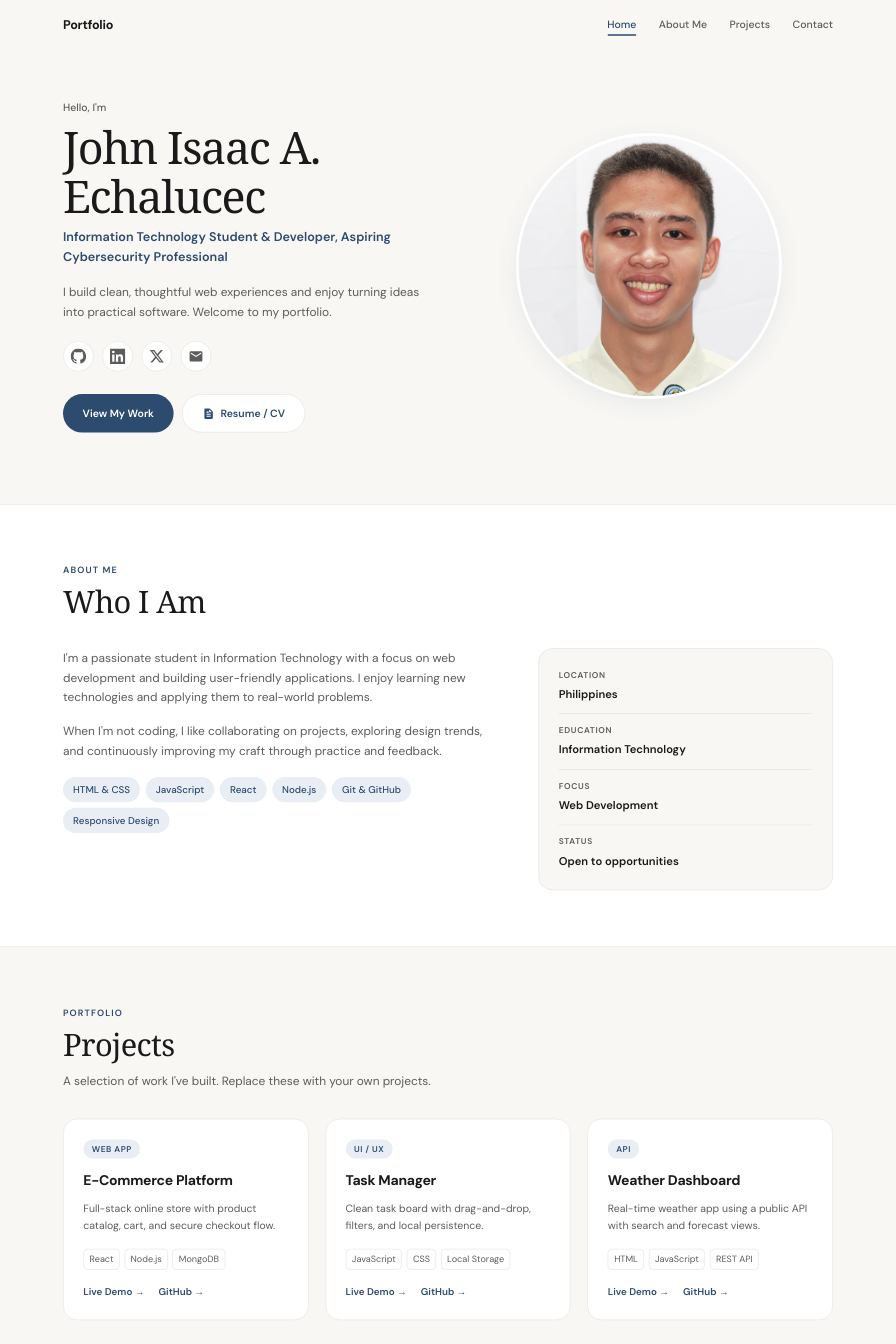
Repository: CodeJack0/Professional_Portfolio
Page: index.html
These files come from the project's save history. The page is drawn as it stood at one moment and after the next save; the edit follows.
The browser window is 1280 px wide. The pictures show the part of the page from y = 0 to 1920 px (the page is 2997 px tall), at 70% of full size.
Some web fonts or font styles are not loaded; a fallback is used.

Above is the page before, as saved 2026-05-29 22:13:36.

### index.html
<!DOCTYPE html>
<html lang="en">
<head>
  <meta charset="UTF-8" />
  <meta name="viewport" content="width=device-width, initial-scale=1.0" />
  <meta name="description" content="Professional portfolio — developer, projects, and contact." />
  <title>Portfolio</title>
  <link rel="preconnect" href="https://fonts.googleapis.com" />
  <link rel="preconnect" href="https://fonts.gstatic.com" crossorigin />
  <link href="https://fonts.googleapis.com/css2?family=DM+Sans:ital,opsz,wght@0,9..40,400;0,9..40,500;0,9..40,600;0,9..40,700;1,9..40,400&family=Instrument+Serif:ital@0;1&display=swap" rel="stylesheet" />
  <link rel="stylesheet" href="css/styles.css" />
</head>
<body>
  <header class="site-header" id="top">
    <nav class="nav container" aria-label="Main navigation">
      <a href="#home" class="nav-logo">Portfolio</a>
      <button type="button" class="nav-toggle" aria-expanded="false" aria-controls="nav-menu" aria-label="Open menu">
        <span class="nav-toggle-bar"></span>
        <span class="nav-toggle-bar"></span>
        <span class="nav-toggle-bar"></span>
      </button>
      <ul class="nav-menu" id="nav-menu">
        <li><a href="#home" class="nav-link">Home</a></li>
        <li><a href="#about" class="nav-link">About Me</a></li>
        <li><a href="#projects" class="nav-link">Projects</a></li>
        <li><a href="#contact" class="nav-link">Contact</a></li>
      </ul>
    </nav>
  </header>

  <main>
    <!-- Home -->
    <section id="home" class="section hero">
      <div class="container hero-grid">
        <div class="hero-content">
          <p class="hero-eyebrow">Hello, I'm</p>
          <h1 class="hero-title">John Isaac A. Echalucec</h1>
          <p class="hero-role">Information Technology Student &amp; Developer, Aspiring Cybersecurity Professional</p>
          <p class="hero-intro">
            I build clean, thoughtful web experiences and enjoy turning ideas into
            practical software. Welcome to my portfolio.
          </p>
          <div class="social-links" aria-label="Social media links">
            <a href="https://github.com/yourusername" class="social-link" target="_blank" rel="noopener noreferrer" aria-label="GitHub">
              <svg viewBox="0 0 24 24" width="22" height="22" aria-hidden="true"><path fill="currentColor" d="M12 0C5.37 0 0 5.37 0 12c0 5.31 3.435 9.795 8.205 11.385.6.105.825-.255.825-.57 0-.285-.015-1.23-.015-2.235-3.015.555-3.795-.735-4.035-1.41-.135-.36-.72-1.41-1.23-1.695-.42-.225-1.02-.78-.015-.795.945-.015 1.62.87 1.845 1.23 1.08 1.815 2.805 1.305 3.495.99.105-.78.42-1.305.765-1.605-2.67-.3-5.46-1.335-5.46-5.925 0-1.305.465-2.385 1.23-3.225-.12-.3-.54-1.53.12-3.18 0 0 1.005-.315 3.3 1.23.96-.27 1.98-.405 3-.405s2.04.135 3 .405c2.295-1.56 3.3-1.23 3.3-1.23.66 1.65.24 2.88.12 3.18.765.84 1.23 1.905 1.23 3.225 0 4.605-2.805 5.625-5.475 5.925.435.375.81 1.095.81 2.22 0 1.605-.015 2.895-.015 3.3 0 .315.225.69.825.57A12.02 12.02 0 0 0 24 12c0-6.63-5.37-12-12-12z"/></svg>
            </a>
            <a href="https://linkedin.com/in/yourusername" class="social-link" target="_blank" rel="noopener noreferrer" aria-label="LinkedIn">
              <svg viewBox="0 0 24 24" width="22" height="22" aria-hidden="true"><path fill="currentColor" d="M20.447 20.452h-3.554v-5.569c0-1.328-.027-3.037-1.852-3.037-1.853 0-2.136 1.445-2.136 2.939v5.667H9.351V9h3.414v1.561h.046c.477-.9 1.637-1.85 3.37-1.85 3.601 0 4.267 2.37 4.267 5.455v6.286zM5.337 7.433a2.062 2.062 0 0 1-2.063-2.065 2.064 2.064 0 1 1 2.063 2.065zm1.782 13.019H3.555V9h3.564v11.452zM22.225 0H1.771C.792 0 0 .774 0 1.729v20.542C0 23.227.792 24 1.771 24h20.451C23.2 24 24 23.227 24 22.271V1.729C24 .774 23.2 0 22.222 0h.003z"/></svg>
            </a>
            <a href="https://twitter.com/yourusername" class="social-link" target="_blank" rel="noopener noreferrer" aria-label="X (Twitter)">
              <svg viewBox="0 0 24 24" width="22" height="22" aria-hidden="true"><path fill="currentColor" d="M18.244 2.25h3.308l-7.227 8.26 8.502 11.24H16.17l-5.214-6.817L4.99 21.75H1.68l7.73-8.835L1.254 2.25H8.08l4.713 6.231zm-1.161 17.52h1.833L7.084 4.126H5.117z"/></svg>
            </a>
            <a href="mailto:your.email@example.com" class="social-link" aria-label="Email">
              <svg viewBox="0 0 24 24" width="22" height="22" aria-hidden="true"><path fill="currentColor" d="M20 4H4c-1.1 0-2 .9-2 2v12c0 1.1.9 2 2 2h16c1.1 0 2-.9 2-2V6c0-1.1-.9-2-2-2zm0 4-8 5-8-5V6l8 5 8-5v2z"/></svg>
            </a>
          </div>
          <div class="hero-actions">
            <a href="#projects" class="btn btn-primary">View My Work</a>
            <a href="pages/resumes.html" class="btn btn-secondary">
              <svg viewBox="0 0 24 24" width="18" height="18" aria-hidden="true"><path fill="currentColor" d="M14 2H6a2 2 0 0 0-2 2v16a2 2 0 0 0 2 2h12a2 2 0 0 0 2-2V8l-6-6zm-1 2 5 5h-5V4zM8 12h8v2H8v-2zm0 4h8v2H8v-2zm0-8h4v2H8V8z"/></svg>
              Resume / CV
            </a>
          </div>
        </div>
        <div class="hero-image-wrap">
          <div class="hero-image-frame">
            <img src="assets/profile.png" alt="Professional headshot" class="hero-image" width="400" height="400" />
          </div>
        </div>
      </div>
    </section>

    <!-- About Me -->
    <section id="about" class="section about">
      <div class="container">
        <header class="section-header">
          <span class="section-label">About Me</span>
          <h2 class="section-title">Who I Am</h2>
        </header>
        <div class="about-grid">
          <div class="about-text">
            <p>
              I'm a passionate student in Information Technology with a focus on web
              development and building user-friendly applications. I enjoy learning
              new technologies and applying them to real-world problems.
            </p>
            <p>
              When I'm not coding, I like collaborating on projects, exploring design
              trends, and continuously improving my craft through practice and
              feedback.
            </p>
            <ul class="skills-list">
              <li>HTML &amp; CSS</li>
              <li>JavaScript</li>
              <li>React</li>
              <li>Node.js</li>
              <li>Git &amp; GitHub</li>
              <li>Responsive Design</li>
            </ul>
          </div>
          <aside class="about-details">
            <dl class="detail-list">
              <div class="detail-item">
                <dt>Location</dt>
                <dd>Philippines</dd>
              </div>
              <div class="detail-item">
                <dt>Education</dt>
                <dd>Information Technology</dd>
              </div>
              <div class="detail-item">
                <dt>Focus</dt>
                <dd>Web Development</dd>
              </div>
              <div class="detail-item">
                <dt>Status</dt>
                <dd>Open to opportunities</dd>
              </div>
            </dl>
          </aside>
        </div>
      </div>
    </section>

    <!-- Projects -->
    <section id="projects" class="section projects">
      <div class="container">
        <header class="section-header">
          <span class="section-label">Portfolio</span>
          <h2 class="section-title">Projects</h2>
          <p class="section-desc">A selection of work I've built. Replace these with your own projects.</p>
        </header>
        <div class="projects-grid">
          <article class="project-card">
            <div class="project-card-top">
              <span class="project-tag">Web App</span>
            </div>
            <h3 class="project-title">E-Commerce Platform</h3>
            <p class="project-desc">
              Full-stack online store with product catalog, cart, and secure checkout flow.
            </p>
            <ul class="project-tech">
              <li>React</li>
              <li>Node.js</li>
              <li>MongoDB</li>
            </ul>
            <div class="project-links">
              <a href="#" class="project-link" target="_blank" rel="noopener noreferrer">Live Demo</a>
              <a href="https://github.com/yourusername" class="project-link" target="_blank" rel="noopener noreferrer">GitHub</a>
            </div>
          </article>
          <article class="project-card">
            <div class="project-card-top">
              <span class="project-tag">UI / UX</span>
            </div>
            <h3 class="project-title">Task Manager</h3>
            <p class="project-desc">
              Clean task board with drag-and-drop, filters, and local persistence.
            </p>
            <ul class="project-tech">
              <li>JavaScript</li>
              <li>CSS</li>
              <li>Local Storage</li>
            </ul>
            <div class="project-links">
              <a href="#" class="project-link" target="_blank" rel="noopener noreferrer">Live Demo</a>
              <a href="https://github.com/yourusername" class="project-link" target="_blank" rel="noopener noreferrer">GitHub</a>
            </div>
          </article>
          <article class="project-card">
            <div class="project-card-top">
              <span class="project-tag">API</span>
            </div>
            <h3 class="project-title">Weather Dashboard</h3>
            <p class="project-desc">
              Real-time weather app using a public API with search and forecast views.
            </p>
            <ul class="project-tech">
              <li>HTML</li>
              <li>JavaScript</li>
              <li>REST API</li>
            </ul>
            <div class="project-links">
              <a href="#" class="project-link" target="_blank" rel="noopener noreferrer">Live Demo</a>
              <a href="https://github.com/yourusername" class="project-link" target="_blank" rel="noopener noreferrer">GitHub</a>
            </div>
          </article>
        </div>
      </div>
    </section>

    <!-- Contact -->
    <section id="contact" class="section contact">
      <div class="container">
        <header class="section-header section-header--center">
          <span class="section-label">Get In Touch</span>
          <h2 class="section-title">Contact Information</h2>
          <p class="section-desc">
            Have a question or want to work together? Reach out — I'd love to hear from you.
          </p>
        </header>
        <div class="contact-grid">
          <div class="contact-cards">
            <a href="mailto:your.email@example.com" class="contact-card">
              <span class="contact-icon" aria-hidden="true">
                <svg viewBox="0 0 24 24" width="24" height="24"><path fill="currentColor" d="M20 4H4c-1.1 0-2 .9-2 2v12c0 1.1.9 2 2 2h16c1.1 0 2-.9 2-2V6c0-1.1-.9-2-2-2zm0 4-8 5-8-5V6l8 5 8-5v2z"/></svg>
              </span>
              <span class="contact-label">Email</span>
              <span class="contact-value">your.email@example.com</span>
            </a>
            <a href="tel:+639000000000" class="contact-card">
              <span class="contact-icon" aria-hidden="true">
                <svg viewBox="0 0 24 24" width="24" height="24"><path fill="currentColor" d="M6.62 10.79c1.44 2.83 3.76 5.14 6.59 6.59l2.2-2.2c.27-.27.67-.36 1.02-.24 1.12.37 2.33.57 3.57.57.55 0 1 .45 1 1V20c0 .55-.45 1-1 1-9.39 0-17-7.61-17-17 0-.55.45-1 1-1h3.5c.55 0 1 .45 1 1 0 1.25.2 2.45.57 3.57.11.35.03.74-.25 1.02l-2.2 2.2z"/></svg>
              </span>
              <span class="contact-label">Phone</span>
              <span class="contact-value">+63 900 000 0000</span>
            </a>
            <div class="contact-card contact-card--static">
              <span class="contact-icon" aria-hidden="true">
                <svg viewBox="0 0 24 24" width="24" height="24"><path fill="currentColor" d="M12 2C8.13 2 5 5.13 5 9c0 5.25 7 13 7 13s7-7.75 7-13c0-3.87-3.13-7-7-7zm0 9.5c-1.38 0-2.5-1.12-2.5-2.5s1.12-2.5 2.5-2.5 2.5 1.12 2.5 2.5-1.12 2.5-2.5 2.5z"/></svg>
              </span>
              <span class="contact-label">Location</span>
              <span class="contact-value">Philippines</span>
            </div>
          </div>
          <form class="contact-form" action="#" method="post">
            <div class="form-row">
              <label for="name">Name</label>
              <input type="text" id="name" name="name" required placeholder="Your name" autocomplete="name" />
            </div>
            <div class="form-row">
              <label for="email">Email</label>
              <input type="email" id="email" name="email" required placeholder="you@example.com" autocomplete="email" />
            </div>
            <div class="form-row">
              <label for="message">Message</label>
              <textarea id="message" name="message" rows="5" required placeholder="Your message..."></textarea>
            </div>
            <button type="submit" class="btn btn-primary btn-full">Send Message</button>
            <p class="form-note">Form is for display — connect to Formspree, Netlify Forms, or your backend to go live.</p>
          </form>
        </div>
      </div>
    </section>
  </main>

  <footer class="site-footer">
    <div class="container footer-inner">
      <p>&copy; <span id="year"></span> Your Name. All rights reserved.</p>
      <div class="social-links social-links--footer" aria-label="Footer social links">
        <a href="https://github.com/yourusername" class="social-link" target="_blank" rel="noopener noreferrer" aria-label="GitHub">
          <svg viewBox="0 0 24 24" width="20" height="20" aria-hidden="true"><path fill="currentColor" d="M12 0C5.37 0 0 5.37 0 12c0 5.31 3.435 9.795 8.205 11.385.6.105.825-.255.825-.57 0-.285-.015-1.23-.015-2.235-3.015.555-3.795-.735-4.035-1.41-.135-.36-.72-1.41-1.23-1.695-.42-.225-1.02-.78-.015-.795.945-.015 1.62.87 1.845 1.23 1.08 1.815 2.805 1.305 3.495.99.105-.78.42-1.305.765-1.605-2.67-.3-5.46-1.335-5.46-5.925 0-1.305.465-2.385 1.23-3.225-.12-.3-.54-1.53.12-3.18 0 0 1.005-.315 3.3 1.23.96-.27 1.98-.405 3-.405s2.04.135 3 .405c2.295-1.56 3.3-1.23 3.3-1.23.66 1.65.24 2.88.12 3.18.765.84 1.23 1.905 1.23 3.225 0 4.605-2.805 5.625-5.475 5.925.435.375.81 1.095.81 2.22 0 1.605-.015 2.895-.015 3.3 0 .315.225.69.825.57A12.02 12.02 0 0 0 24 12c0-6.63-5.37-12-12-12z"/></svg>
        </a>
        <a href="https://linkedin.com/in/yourusername" class="social-link" target="_blank" rel="noopener noreferrer" aria-label="LinkedIn">
          <svg viewBox="0 0 24 24" width="20" height="20" aria-hidden="true"><path fill="currentColor" d="M20.447 20.452h-3.554v-5.569c0-1.328-.027-3.037-1.852-3.037-1.853 0-2.136 1.445-2.136 2.939v5.667H9.351V9h3.414v1.561h.046c.477-.9 1.637-1.85 3.37-1.85 3.601 0 4.267 2.37 4.267 5.455v6.286zM5.337 7.433a2.062 2.062 0 0 1-2.063-2.065 2.064 2.064 0 1 1 2.063 2.065zm1.782 13.019H3.555V9h3.564v11.452zM22.225 0H1.771C.792 0 0 .774 0 1.729v20.542C0 23.227.792 24 1.771 24h20.451C23.2 24 24 23.227 24 22.271V1.729C24 .774 23.2 0 22.222 0h.003z"/></svg>
        </a>
      </div>
    </div>
  </footer>

  <script src="js/script.js"></script>
</body>
</html>

Loaded but not shown: js/script.js (76 lines, source omitted); css/styles.css (721 lines, source omitted)

After the next save:
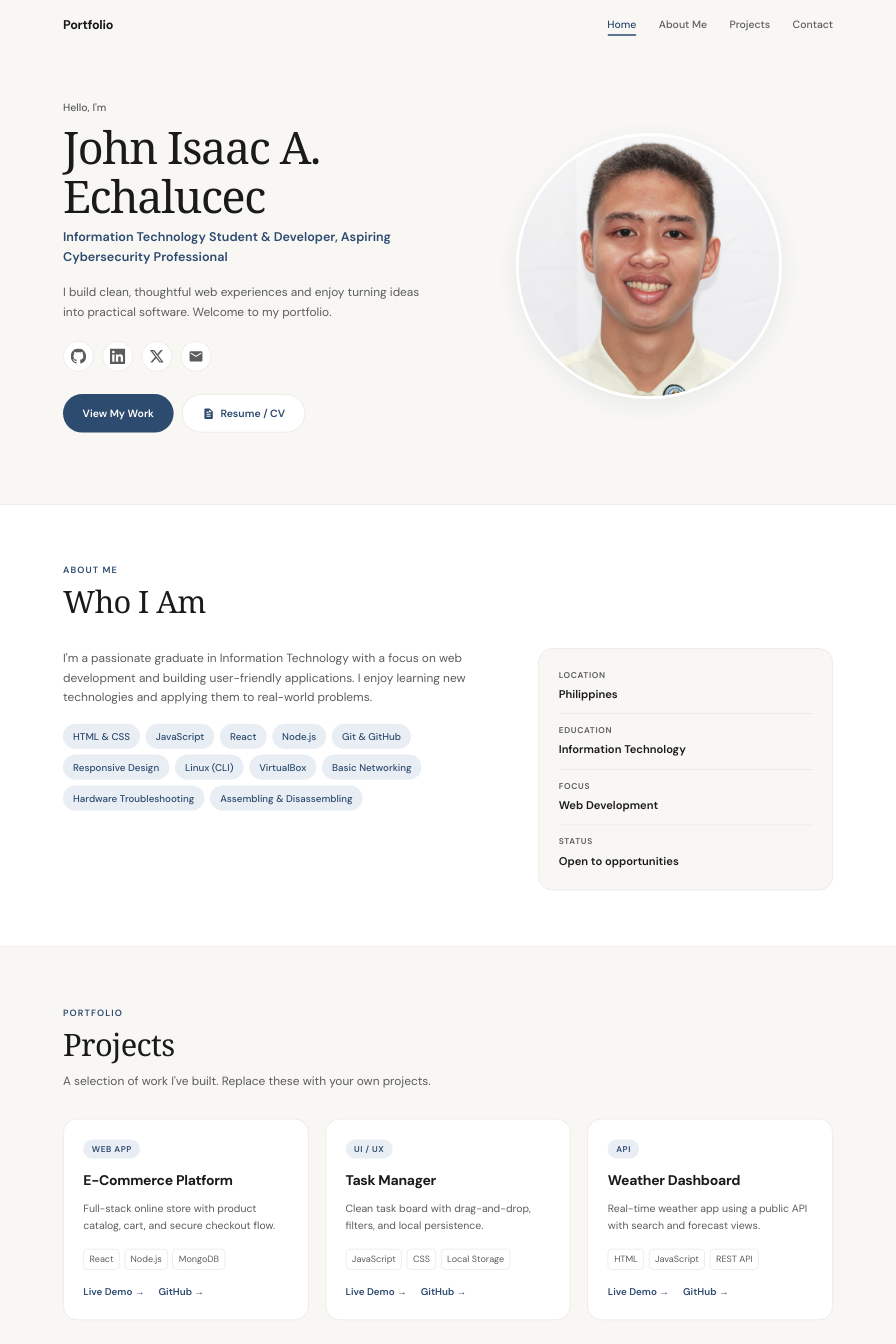
Saved 2 min 9 s later.
--- a/index.html
+++ b/index.html
@@ -80,14 +80,9 @@
         <div class="about-grid">
           <div class="about-text">
             <p>
-              I'm a passionate student in Information Technology with a focus on web
+              I'm a passionate graduate in Information Technology with a focus on web
               development and building user-friendly applications. I enjoy learning
               new technologies and applying them to real-world problems.
-            </p>
-            <p>
-              When I'm not coding, I like collaborating on projects, exploring design
-              trends, and continuously improving my craft through practice and
-              feedback.
             </p>
             <ul class="skills-list">
               <li>HTML &amp; CSS</li>
@@ -96,6 +91,11 @@
               <li>Node.js</li>
               <li>Git &amp; GitHub</li>
               <li>Responsive Design</li>
+              <li>Linux (CLI)</li>
+              <li>VirtualBox</li>
+              <li>Basic Networking</li>
+              <li>Hardware Troubleshooting</li>
+              <li>Assembling &amp; Disassembling</li>
             </ul>
           </div>
           <aside class="about-details">
